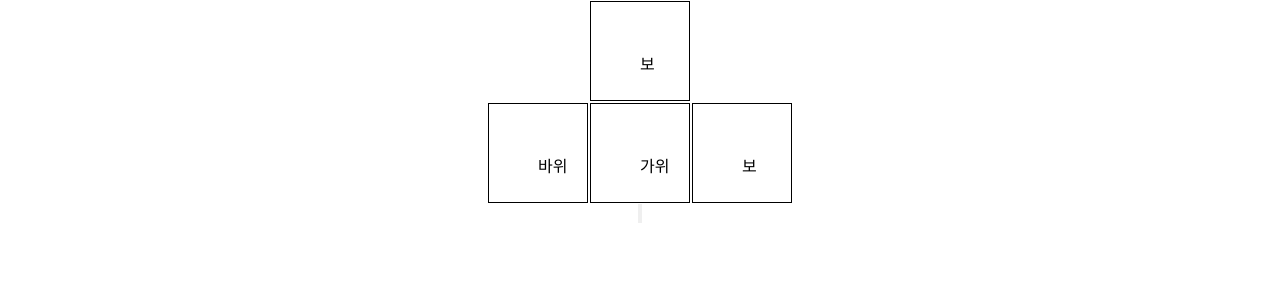
Repository: venandi48/RockScissorPaper-Game
Page: index.html
An editor plug-in stored every save of this project. The page is shown before and after the next save, followed by the edit.
The browser window is 1280 px wide. The pictures show the whole page.
The style sheet was rebuilt from its Sass, Less or Tailwind sources for each picture, by a compiler version that may differ from the author's.

Above is the page before, as saved 2023-11-13 15:12:05.

### index.html
<!DOCTYPE html>
<html lang="en">
  <head>
    <meta charset="UTF-8" />
    <meta name="viewport" content="width=device-width, initial-scale=1.0" />
    <title>가위바위보</title>
    <link rel="stylesheet" href="style.css" />
  </head>
  <body>
    <div class="playbox">
      <div class="machine">
        <div class="choice">
          <input type="hidden" name="machine-choice" />
        </div>
      </div>
      <div class="user">
        <div class="choice rock"></div>
        <div class="choice scissor"></div>
        <div class="choice paper"></div>
      </div>
      <div class="btns">
        <input type="button" />
      </div>
    </div>

    <script src="./main.js"></script>
  </body>
</html>

### main.js
choices = {
  scissor: 0,
  rock: 1,
  paper: 2,
};

machineChoices = document.querySelectorAll(".machine .choice");
userChocies = document.querySelectorAll(".user .choice");

machineChoices.forEach((element) => {
  element.querySelector("input[type=hidden]").value = Random(0, 2);
});

window.addEventListener("load", function () {
  this.setInterval(() => {
    machineChoices.forEach((element) => {
      if (element.classList.contains("selected") === false) {
        if (element.classList.contains("rock")) {
          element.classList.remove("rock");
        }
        if (element.classList.contains("scissor")) {
          element.classList.remove("scissor");
        }
        if (element.classList.contains("paper")) {
          element.classList.remove("paper");
        }

        element.querySelector("input[type=hidden]").value =
          (element.querySelector("input[type=hidden]").value + 1) % 3;

        element.classList.add(
          convertChoicesFromNumToStr(
            +element.querySelector("input[type=hidden]").value
          )
        );
      }
    });
  }, 500);
});

userChocies.forEach((element) => {
  element.addEventListener("click", function (e) {
    const selectedElement = e.target;
    let choosed = null;

    if (selectedElement.parentElement.classList.contains("selected")) return;

    selectedElement.parentElement.classList.add("selected");

    // 제일 첫번째로 나온 값을 사용자의 선택으로 간주
    selectedElement.classList.forEach((className) => {
      if (className === "rock") {
        choosed = "rock";
        return;
      } else if (className === "scissor") {
        choosed = "scissor";
        return;
      } else if (className === "paper") {
        choosed = "paper";
        return;
      }
    });

    if (choosed) {
      let sameAreaMachine =
        element.parentElement.parentElement?.querySelector(".machine .choice");

      if (sameAreaMachine) {
        gameResultCssEventer(
          selectedElement,
          sameAreaMachine,
          refree(
            +sameAreaMachine.querySelector("input[type=hidden]").value,
            choices[choosed]
          )
        );
      }
    }
  });
});

/// _________________________________________________________________
//                          Play Tools
/// _________________________________________________________________

function Random(min, max) {
  return Math.floor(Math.random() * (max - min) + min);
}

function convertChoicesFromNumToStr(choice) {
  switch (choice) {
    case choices.rock:
      return "rock";
    case choices.scissor:
      return "scissor";
    case choices.paper:
      return "paper";

    default:
      return "";
  }
}

function replay(playbox) {
  resetResultOfCss(playbox.querySelector(".machine"));
  playbox
    .querySelector(".user")
    .querySelectorAll(".choice")
    .forEach((choiceElement) => {
      resetResultOfCss(choiceElement);
    });
}

/*
 * @machine: 컴퓨터가 선택한 숫자값
 * @user: 사용자가 선택한 숫자값
 * @return: 0=>비김, 1=> 이김, 2=>짐
 */
function refree(machine, user) {
  return Math.abs(machine - user);
}

function resetResultOfCss(element) {
  if (element.classList.contains("game-result-win"))
    element.classList.remove("game-result-win");
  if (element.classList.contains("game-result-draw"))
    element.classList.remove("game-result-draw");
  if (element.classList.contains("game-result-lose"))
    element.classList.remove("game-result-lose");

  return element;
}

function gameResultCssEventer(userElement, machineElement, result) {
  userElement.parentElement.querySelectorAll(".choice").forEach((node) => {
    resetResultOfCss(node);
  });
  resetResultOfCss(userElement);
  resetResultOfCss(machineElement);
  machineElement.classList.add("selected");

  switch (result) {
    case 0:
      userElement.classList.add("game-result-draw");
      machineElement.classList.add("game-result-draw");
      break;
    case 1:
      userElement.classList.add("game-result-win");
      machineElement.classList.add("game-result-lose");
      break;
    case 2:
      userElement.classList.add("game-result-lose");
      machineElement.classList.add("game-result-win");
      break;
  }
}

### style.scss
* {
  position: relative;
  padding: 0;
  margin: 0;
  display: flexbox;
}

*,
::before,
::after {
  box-sizing: border-box;
}

.playbox {
  display: flex;
  flex-direction: column;
  justify-content: center;
  align-items: center;
}

.choice {
  width: 100px;
  height: 100px;
  border: 1px solid #000;
  margin: 1px;

  &::before {
    position: absolute;
    top: 50%;
    left: 50%;
    content: "물음표";
    animation: gelatine 0.5s infinite;
  }

  &.rock::before {
    content: "바위";
    animation-delay: 0.5s;
  }

  &.scissor::before {
    content: "가위";
    animation-delay: 1s;
  }

  &.paper::before {
    content: "보";
    // animation: bounce2 2s ease infinite;
  }
}

.game-result {
  &-win {
    background-color: green;
  }
  &-draw {
    background-color: blue;
  }
  &-lose {
    background-color: red;
  }
}

.user {
  display: flex;

  &.selected .choice {
    cursor: default;
  }

  & .choice {
    cursor: pointer;

    &:hover {
      background-color: aqua;
    }
  }
}

/*
* ============================= animate resources =============================
*/
@keyframes gelatine {
  from,
  to {
    transform: scale(1, 1);
  }
  25% {
    transform: scale(0.9, 1.1);
  }
  50% {
    transform: scale(1.1, 0.9);
  }
  75% {
    transform: scale(0.95, 1.05);
  }
}

@keyframes bounce2 {
  40% {
    transform: translateY(-30px);
  }
  60% {
    transform: translateY(-15px);
  }

  60% {
    transform: translateY(-15px);
  }

  100% {
    transform: translateY(30px);
  }
}

After the next save:
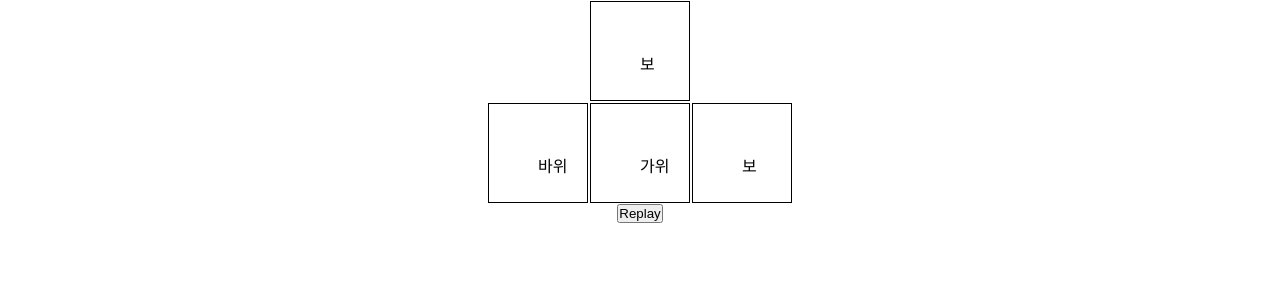
Saved 51 s later.
--- a/index.html
+++ b/index.html
@@ -19,7 +19,7 @@
         <div class="choice paper"></div>
       </div>
       <div class="btns">
-        <input type="button" />
+        <input type="button" value="Replay" />
       </div>
     </div>
 
